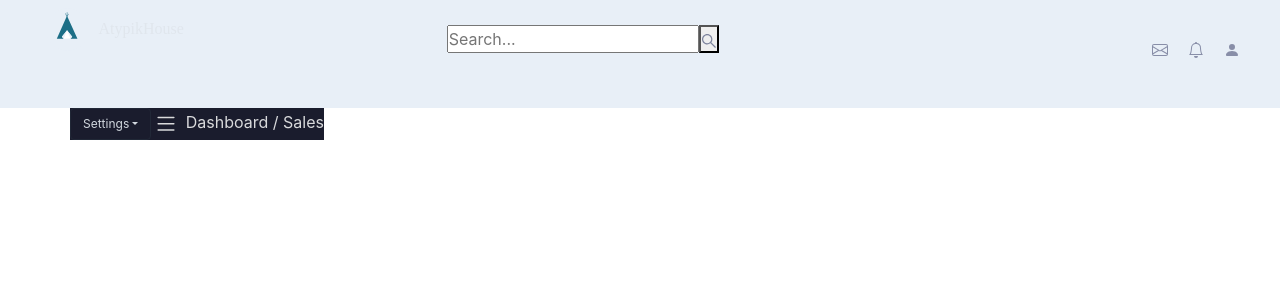
Repository: kifack/API-Symfony-AtypikHouse
Page: / (app in admin-frontend/)
These files come from the project's save history. The page is drawn as it stood at one moment and after the next save; the edit follows.
The browser window is 1280 px wide. The pictures show the whole page.
Some web libraries are served in a nearby version. The project was rebuilt for these pictures with package versions that can differ from the ones it lists, and the page was loaded fresh each time. Also part of the build but not shown: admin-frontend/src/css/Responsive.css, admin-frontend/src/css/admin/navbar.css, admin-frontend/src/components/template_parts/Header.js, admin-frontend/src/components/template_parts/Footer.js, admin-frontend/src/components/template_parts/Sidebar.js, admin-frontend/src/components/partials/LocationEntry.js, admin-frontend/src/components/template_parts/Spinner.js, admin-frontend/src/actions/location.js and 26 more.

Above is the page before, as saved 2020-10-01 17:38:23.

After the next save:
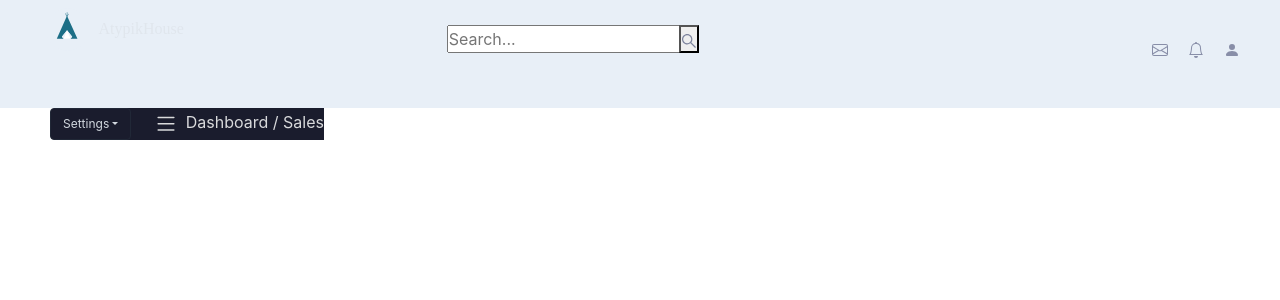
Saved 11 s later.
--- a/admin-frontend/src/css/App.css
+++ b/admin-frontend/src/css/App.css
@@ -193,4 +193,5 @@ button svg.icons{
 }
 button{
   position: relative;
+  right: 20px;
 }
